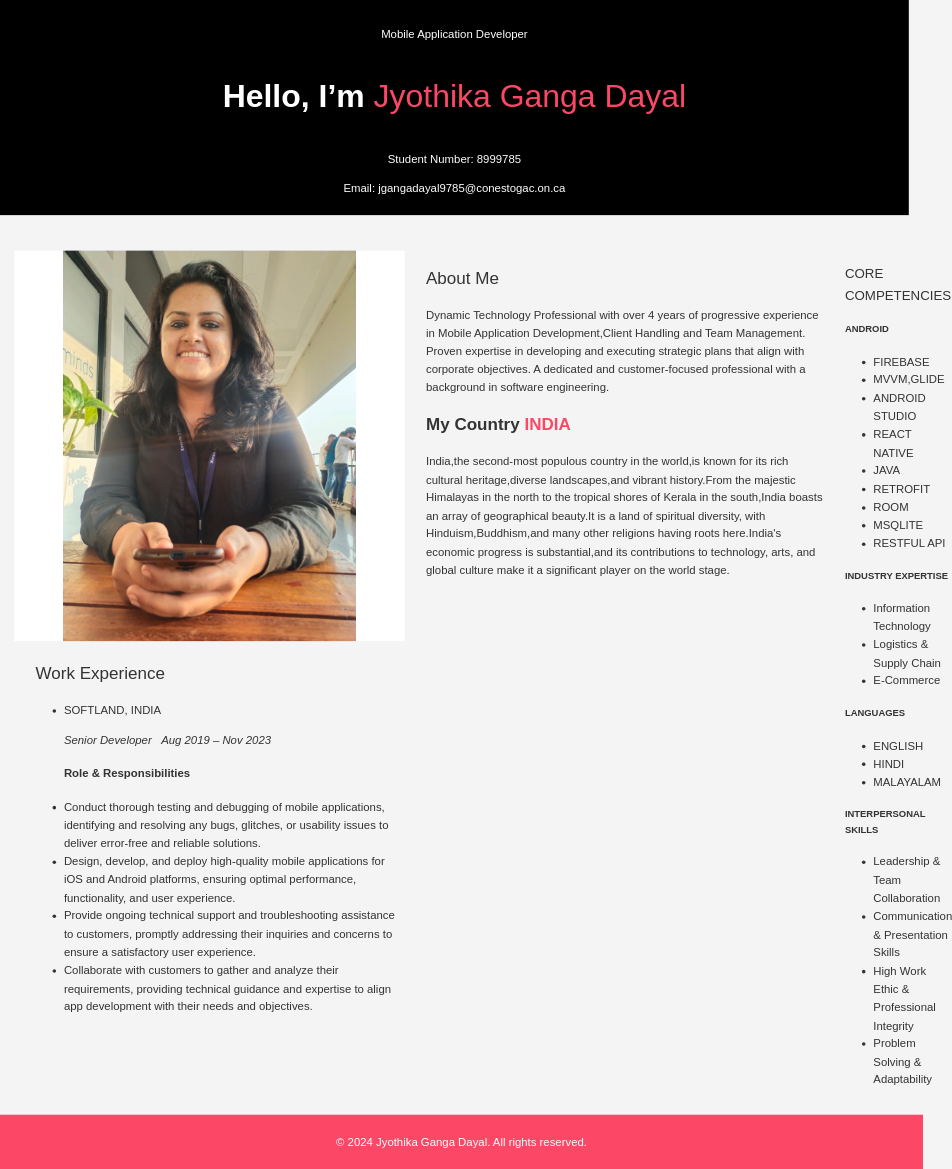
Repository: jyothika123/portfolio
Page: index.html
The author's editor kept a copy of each file at every save. The page is drawn from the files as they stood at one save, then again after the next save.
The browser window is 1280 px wide. The page is 1341 px wide, so the pictures cover 1341 px, including what lies to the right of the window. The pictures show the whole page, at 71% of full size.
Pictures or frames that could not be fetched are drawn as grey boxes. Some web fonts or font styles are not loaded; a fallback is used.

Above is the page before, as saved 2024-09-22 20:33:05.

After the next save:
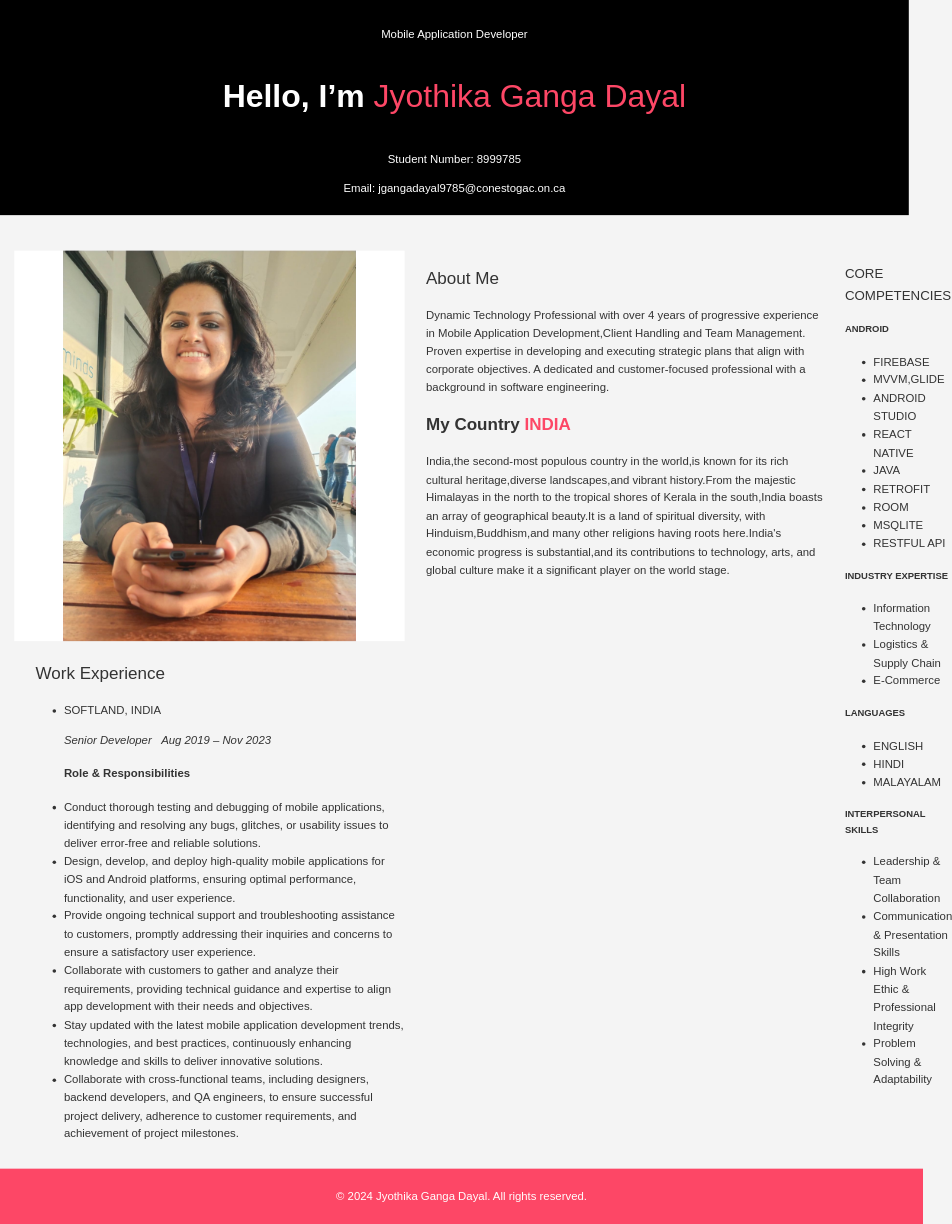
Saved 55 s later.
--- a/index.html
+++ b/index.html
@@ -43,6 +43,13 @@
                                      <li>Collaborate with customers to gather and analyze their requirements,
                                         providing technical guidance and expertise to align app development with
                                         their needs and objectives.</li>
+                                     <li>Stay updated with the latest mobile application development trends,
+                                        technologies, and best practices, continuously enhancing knowledge and
+                                        skills to deliver innovative solutions.</li>
+                                    <li>Collaborate with cross-functional teams, including designers, backend
+                                        developers, and QA engineers, to ensure successful project delivery,
+                                        adherence to customer requirements, and achievement of project
+                                        milestones.</li>
                                 </li>
                             </ul>
 
